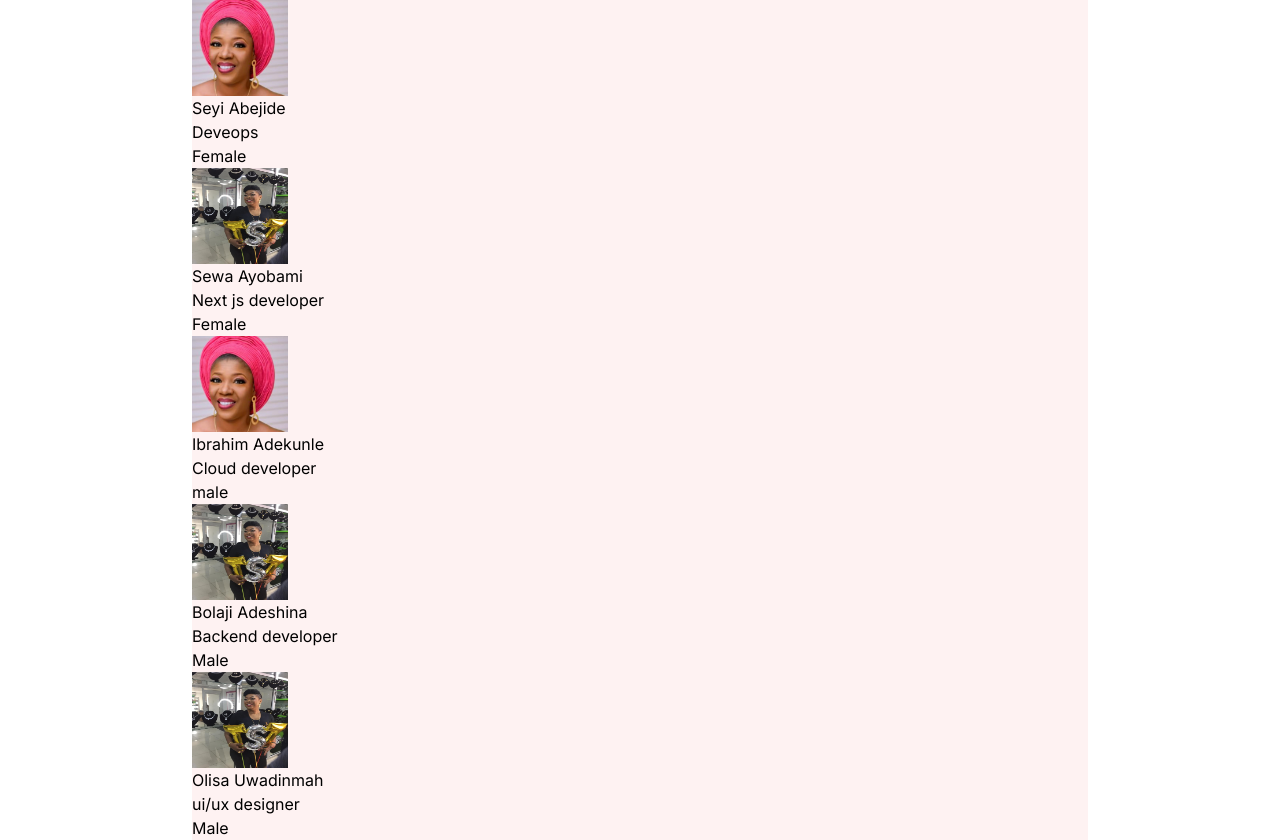
Repository: Semanmernstack/Bincom
Page: /
The author's editor kept a copy of each file at every save. The page is drawn from the files as they stood at one save, then again after the next save.
The browser window is 1280 px wide. The pictures show the whole page.
The project was rebuilt for these pictures with package versions that can differ from the ones it lists, and the page was loaded fresh each time. The framework's server and built-in components were replaced by stand-ins that run in the browser. Also part of the build but not shown: next.config.mjs.

Above is the page before, as saved 2024-01-25 05:18:29.

### app/page.tsx
import slidefour from "../public/slidefour.png"


import slidethree from "../public/slidethree.png"
import SetUp from "./components/SetUp";


const data = [
  {
    id: "1",
    title: "Seyi Abejide",
    image:"slidefour.png",
    role: "Deveops",
    gender: "Female",

  },
  {
    id: "2",
    title: "Sewa Ayobami",
    image: "slidethree.png",
    role: "Next js developer",
    gender: "Female"

  },
  {
    id: "3",
    title: "Ibrahim Adekunle",
    image:"slidefour.png",
    role: "Cloud developer",
    gender: "male",

  },
  {
    id: "4",
    title: "Bolaji Adeshina",
    image: "slidethree.png",
    role: "Backend developer",
    gender: "Male",

  },
  {
    id: "5",
    title: "Olisa Uwadinmah",
    image: "slidethree.png",
    role: "ui/ux designer",
    gender: "Male",

  },


];



export default function Home() {
  return (
    <main className=" flex flex-col max-w-4xl mx-auto bg-red-50">

        {data.map((p, index)=> (
          <div key={index}>
            <SetUp
              id={p.id}
              title={p.title}
              image={p.image}
              role={p.role}
              gender= {p.gender}
            />
          </div>

        ))}


    </main>
  );
}

### app/components/SetUp.tsx
import React from 'react'
interface B {
    id: string
    title: string
    image: string
    role: string
    gender: string
}


function SetUp({id, title, image, role, gender}:B) {
  return (
    <div>
      <img src={image} alt="image" className='h-24 w-24' />
      <div>
        <h1>{title}</h1>
        <div>
          <h2>{role}</h2>
          <h2>{gender}</h2>
        </div>

        <div>

        </div>

      </div>

    </div>
  )
}

export default SetUp

Loaded but not shown: app/layout.tsx (common file); app/globals.css (common file); tailwind.config.ts (common file)

After the next save:
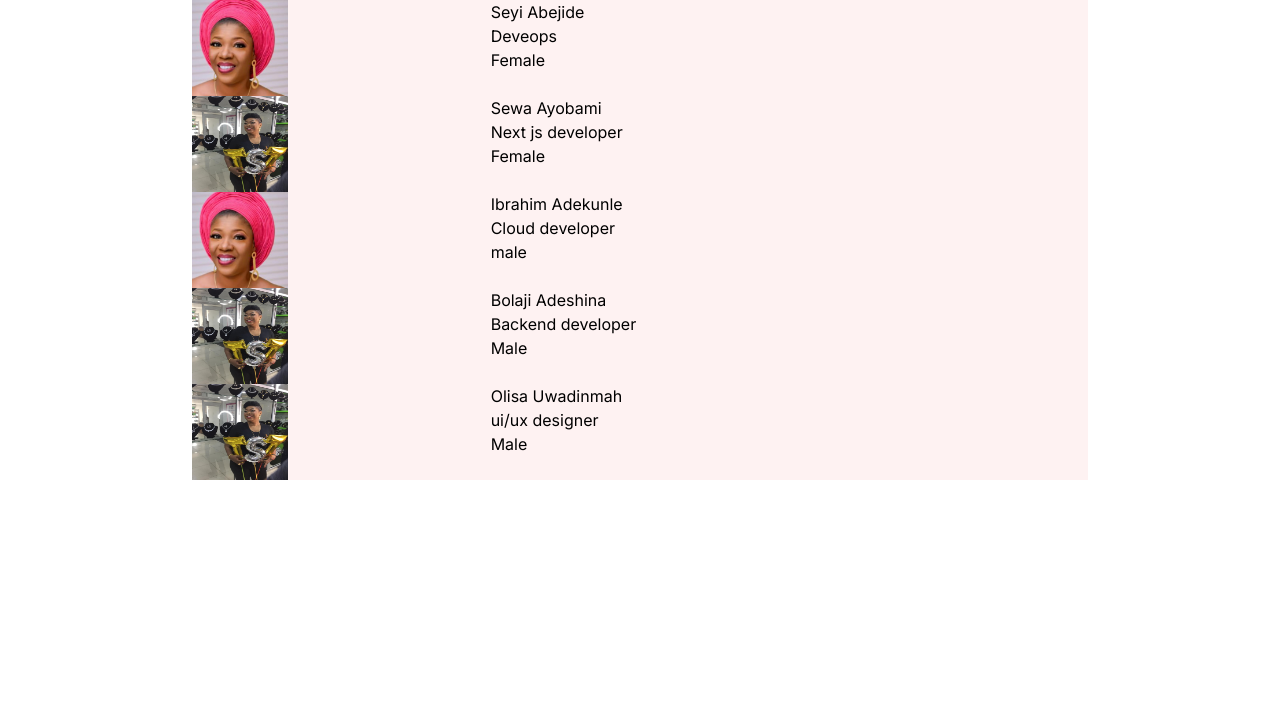
Saved 2 min 34 s later.
--- a/app/components/SetUp.tsx
+++ b/app/components/SetUp.tsx
@@ -10,7 +10,7 @@ interface B {
 
 function SetUp({id, title, image, role, gender}:B) {
   return (
-    <div>
+    <div className='grid grid-cols-1 sm:grid-cols-2 md:grid-cols-3'>
       <img src={image} alt="image" className='h-24 w-24' />
       <div>
         <h1>{title}</h1>
